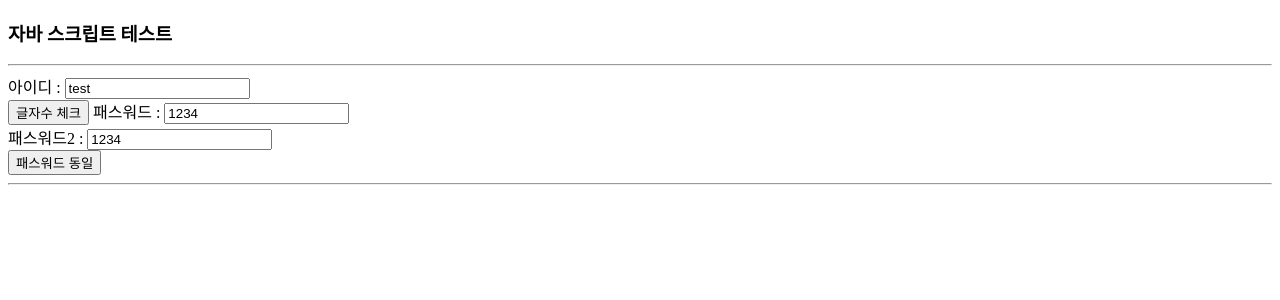
Repository: songhyeonjun/java
Page: http://localhost/spring04/js1.jsp
These files come from the project's save history. The page is drawn as it stood at one moment and after the next save; the edit follows.
The browser window is 1280 px wide. The pictures show the whole page.
The page is served by Tomcat 9. Other server files are loaded and not shown.

Above is the page before, as saved 2022-02-17 02:04:05.

### spring04/src/main/webapp/js1.jsp
<%@ page language="java" contentType="text/html; charset=UTF-8"
    pageEncoding="UTF-8"%>
<!DOCTYPE html>
<html>
<head>
<meta charset="UTF-8">
<title>Insert title here</title>
<script>
function idCheck() {
	// id에 입력한 값을 가져고 와서
	// 글자수가 5 미만이면 다시 작성하세요. 메시지 프린트
	// 미리 객체를 생성해 놨음 ==> 내장된 객체
	// window:
	// document:
	// console:
	// location
	idValue = document.getElementById("id").value; // <input name="id" id="id" value="test">
	if(idValue < 5) {
		console.log("5미만 입니다. 다시 입력해주세요");
	}
	else {
		console.log("굳");
	}
}
function pwCheck() {

}

</script>
</head>
<body>
<h3>자바 스크립트 테스트</h3>
<hr>
아이디 : <input name="id" id="id" value="test"><br>
<button onclick="idCheck()">글자수 체크</button>
패스워드 : <input name="pw1" id="pw1" value="1234"><br>
패스워드2 : <input name="pw2" pw="pw2" value="1234"><br>
<button onclick="pwCheck()">패스워드 동일</button>
<hr>
<div id="result">
</div>
</body>
</html>

After the next save:
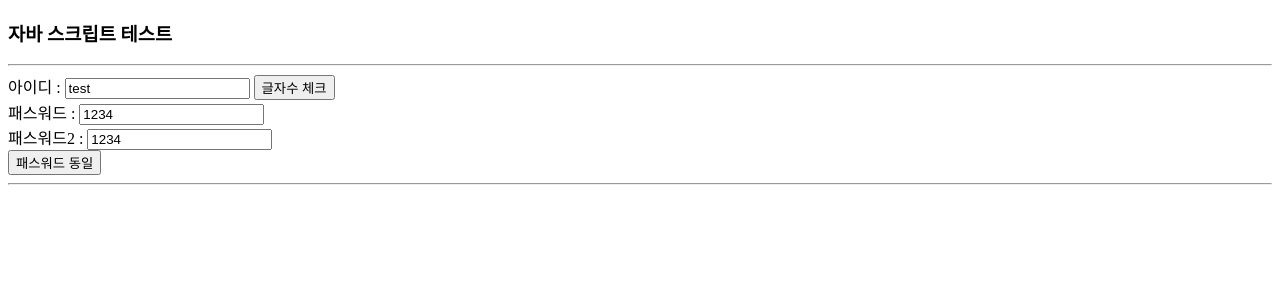
Saved 21 s later.
--- a/spring04/src/main/webapp/js1.jsp
+++ b/spring04/src/main/webapp/js1.jsp
@@ -31,8 +31,8 @@ function pwCheck() {
 <body>
 <h3>자바 스크립트 테스트</h3>
 <hr>
-아이디 : <input name="id" id="id" value="test"><br>
-<button onclick="idCheck()">글자수 체크</button>
+아이디 : <input name="id" id="id" value="test">
+<button onclick="idCheck()">글자수 체크</button><br>
 패스워드 : <input name="pw1" id="pw1" value="1234"><br>
 패스워드2 : <input name="pw2" pw="pw2" value="1234"><br>
 <button onclick="pwCheck()">패스워드 동일</button>
